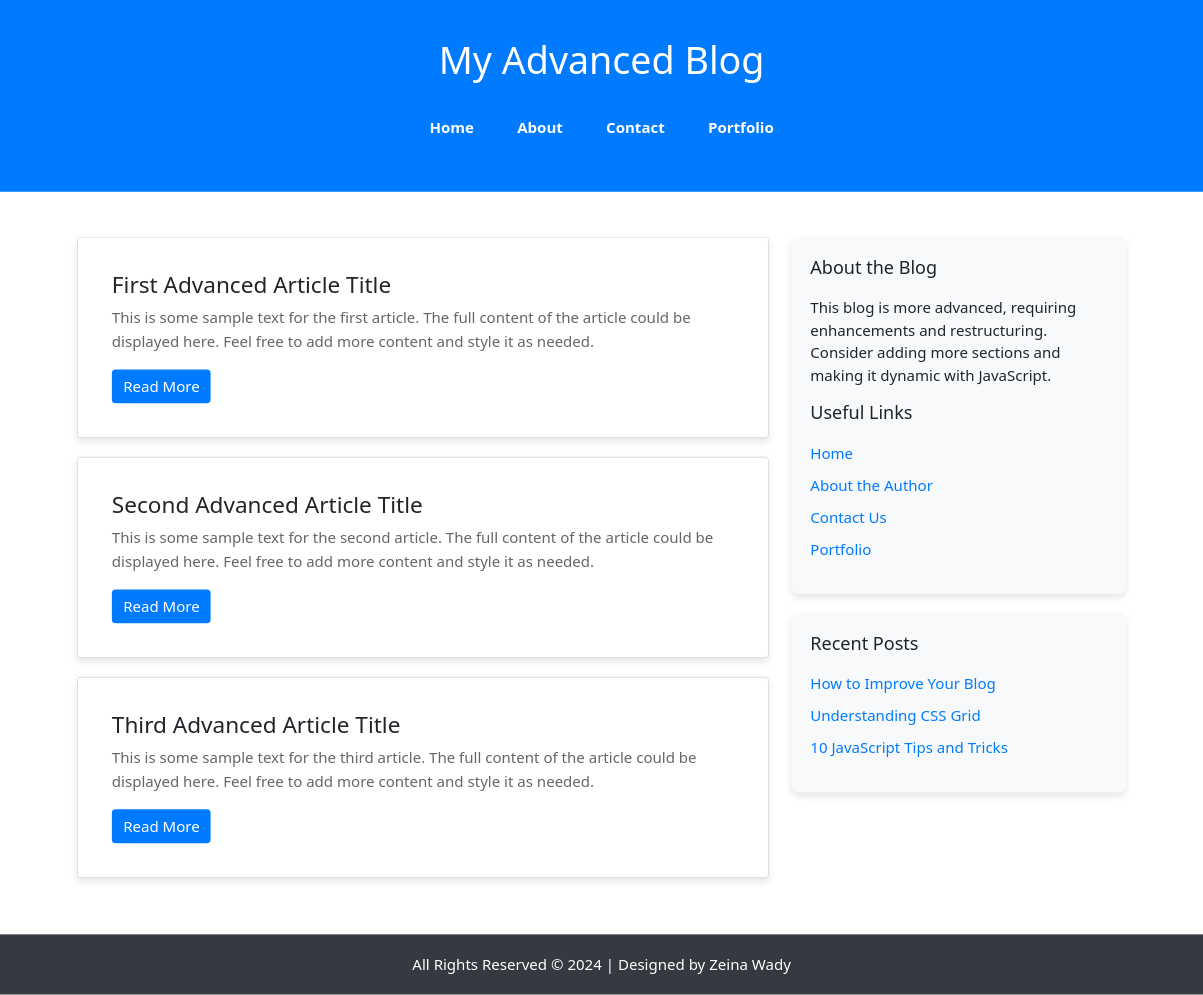
Repository: zeinawady/Blog-Code-Refactoring
Page: index.html
The author's editor kept a copy of each file at every save. The page is drawn from the files as they stood at one save, then again after the next save.
The browser window is 1280 px wide. The pictures show the whole page, at 94% of full size.

Above is the page before, as saved 2024-09-23 14:58:22.

### index.html
<!DOCTYPE html>
<html lang="en">
  <head>
    <meta charset="UTF-8" />
    <meta name="viewport" content="width=device-width, initial-scale=1.0" />
    <title>My Advanced Blog</title>
    <link rel="stylesheet" href="style.css">
    <link
      href="https://cdn.jsdelivr.net/npm/bootstrap@5.1.3/dist/css/bootstrap.min.css"
      rel="stylesheet"
    />

  </head>
  <body>
    <header>
      <h1 class="text-center text-white">My Advanced Blog</h1>
      <nav class="navbar navbar-expand-lg bg-body-tertiary">
        <div class="container">

          <button class="navbar-toggler ms-auto" type="button" data-bs-toggle="collapse" data-bs-target="#navbarNavAltMarkup" aria-controls="navbarNavAltMarkup" aria-expanded="false" aria-label="Toggle navigation">
            <span class="navbar-toggler-icon">click</span>
          </button>
          <div class="collapse navbar-collapse justify-content-center" id="navbarNavAltMarkup">
            <div class="navbar-nav">
              <a class="nav-link active text-white" aria-current="page" href="#">Home</a>
              <a class="nav-link text-white" href="#">About</a>
              <a class="nav-link text-white" href="#">Contact</a>
              <a class="nav-link text-white" href="#">Portfolio</a>
            </div>
          </div>
        </div>
      </nav>

    </header>

    <div class="container mt-5">
      <div class="row">
        <div class="col-lg-8">

          <article class="card">
            <div class="card-body">
            <h2 class="card-title">First Advanced Article Title</h2>
            <p class="card-text">
              This is some sample text for the first article. The full content
              of the article could be displayed here. Feel free to add more
              content and style it as needed.
            </p>
            <button class="btn btn-primary">Read More</button>
         </div>
        </article>

        <article class="card">
          <div class="card-body">
          <h2 class="card-title">Second Advanced Article Title</h2>
          <p class="card-text">
            This is some sample text for the second article. The full content
            of the article could be displayed here. Feel free to add more
            content and style it as needed.
          </p>
          <button class="btn btn-primary">Read More</button>
       </div>
      </article>

      <article class="card">
        <div class="card-body">
        <h2 class="card-title">Third Advanced Article Title</h2>
        <p class="card-text">
          This is some sample text for the third article. The full content
          of the article could be displayed here. Feel free to add more
          content and style it as needed.
        </p>
        <button class="btn btn-primary">Read More</button>
     </div>
    </article>
        </div>
        <div class="col-md-4">
          <aside>
            <h3>About the Blog</h3>
            <p>
              This blog is more advanced, requiring enhancements and
              restructuring. Consider adding more sections and making it dynamic
              with JavaScript.
            </p>
            <h3>Useful Links</h3>
            <ul>
              <li><a href="#">Home</a></li>
              <li><a href="#">About the Author</a></li>
              <li><a href="#">Contact Us</a></li>
              <li><a href="#">Portfolio</a></li>
            </ul>
          </aside>
          <aside>
            <h3>Recent Posts</h3>
            <ul>
              <li><a href="#">How to Improve Your Blog</a></li>
              <li><a href="#">Understanding CSS Grid</a></li>
              <li><a href="#">10 JavaScript Tips and Tricks</a></li>
            </ul>
          </aside>
        </div>
      </div>
    </div>

    <footer>
      <p>All Rights Reserved © 2024 | Designed by Zeina Wady</p>
    </footer>

    <script src="https://cdn.jsdelivr.net/npm/bootstrap@5.1.3/dist/js/bootstrap.bundle.min.js"></script>
  </body>
</html>

### style.css
body {
    font-family: Arial, sans-serif;
    background-color: #f4f4f9;
  }
  :root{
    --main-color:#007bff;
  }
  header {
    background-color: var(--main-color);
    /* color: white; */
    padding: 40px 0;
    /* text-align: center; */
    position: relative;
  }
  header::after {
    content: "";
    position: absolute;
    bottom: -20px;
    left: 50%;
    transform: translateX(-50%);
    width: 100px;
    height: 5px;
    background-color: white;
  }
  .navbar {
    display: flex;
    justify-content: center;
    margin-top: 20px;
  }
  nav a {
    /* color: white; */
    margin: 0 15px;
    text-decoration: none;
    font-weight: bold;
    transition: 0.3s;
  }
  nav a:hover {
    text-decoration: underline;
  }
  article {
    border: 1px solid #ddd;
    margin-bottom: 20px;
    padding: 20px;
    background-color: white;
    box-shadow: 0 4px 8px rgba(0, 0, 0, 0.1);
    transition: transform 0.3s ease, box-shadow 0.3s ease;
  }
 .card:hover {
    transform: translateY(-5px);
    box-shadow: 0 8px 16px rgba(0, 0, 0, 0.2);
  }
  article h2 {
    font-size: 1.5rem;
    /* margin-bottom: 15px; */
  }
  article p {
    color: #666;
    line-height: 1.6;
  }
  article .btn-primary {
    background-color:var(--main-color);
    border: none;
  }
  article .btn-primary:hover {
    background-color: #0056b3;
  }
  aside {
    background-color: #f8f9fa;
    padding: 20px;
    border-radius: 8px;
    box-shadow: 0 4px 8px rgba(0, 0, 0, 0.1);
    margin-bottom: 20px;
  }
  aside h3 {
    margin-bottom: 20px;
    font-size: 1.2rem;
  }
  aside ul {
    list-style-type: none;
    padding-left: 0;
  }
  aside ul li {
    margin-bottom: 10px;
  }
  aside ul li a {
    color: var(--main-color);
    text-decoration: none;
  }
  aside ul li a:hover {
    text-decoration: underline;
  }
  footer {
    background-color: #343a40;
    color: white;
    text-align: center;
    padding: 20px;
    margin-top: 40px;
  }
  footer p {
    margin: 0;
  }

After the next save:
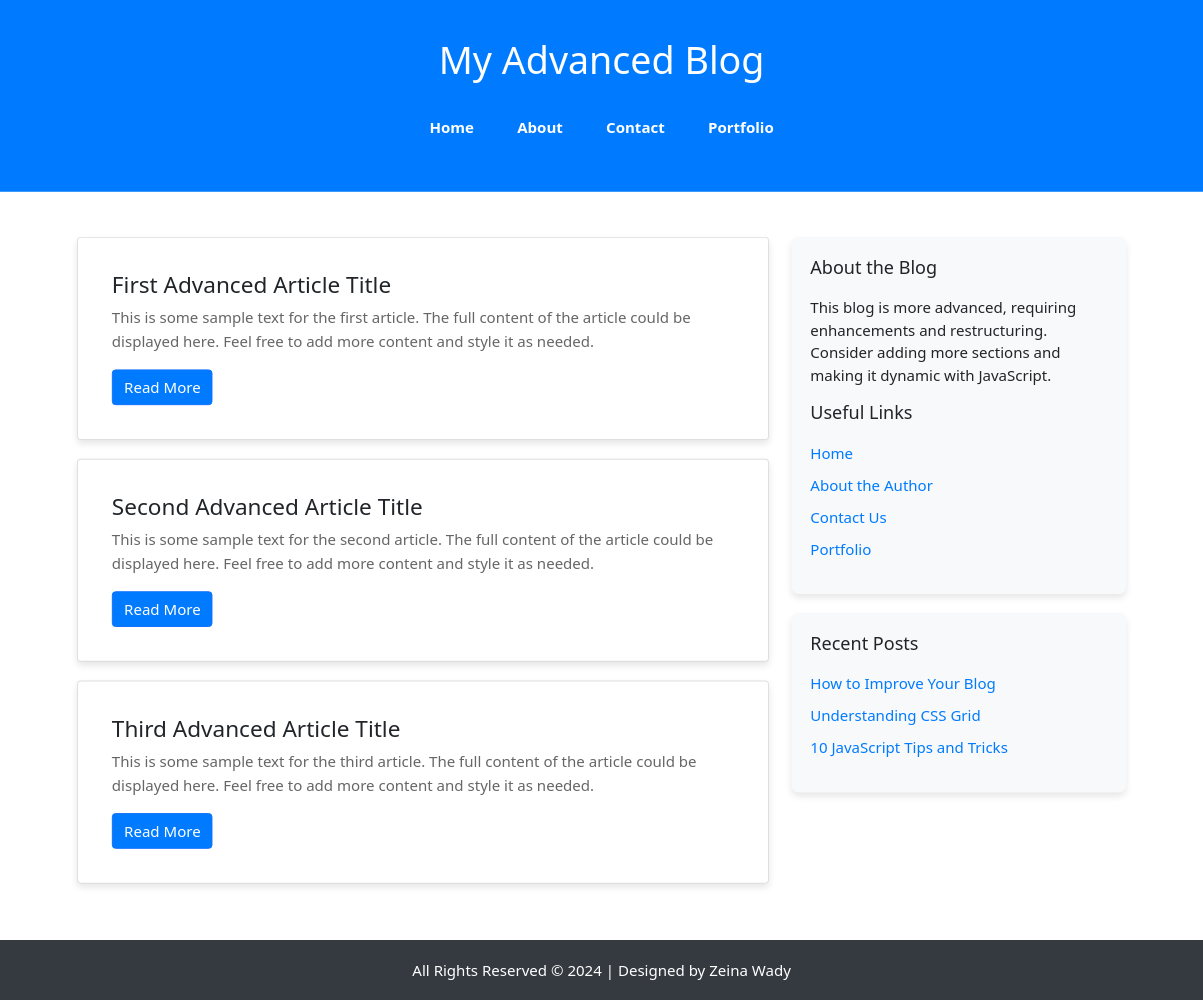
Saved 12 s later.
--- a/style.css
+++ b/style.css
@@ -59,7 +59,7 @@ body {
   }
   article .btn-primary {
     background-color:var(--main-color);
-    border: none;
+    /* border: none; */
   }
   article .btn-primary:hover {
     background-color: #0056b3;
